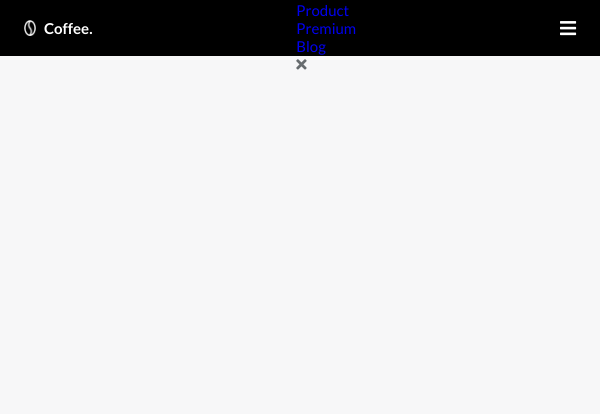
Repository: Nguyenductuan-dev/Website-coffee
Page: index.html
These files come from the project's save history. The page is drawn as it stood at one moment and after the next save; the edit follows.
The browser window is 600 px wide. The pictures show the whole page.

Above is the page before, as saved 2022-03-31 23:59:03.
Not found: assets/js/main.js

### index.html
<!DOCTYPE html>
<html lang="en">
<head>
    <meta charset="UTF-8">
    <meta http-equiv="X-UA-Compatible" content="IE=edge">
    <meta name="viewport" content="width=device-width, initial-scale=1.0">
    <link rel="shortcut icon" href="assets/imgs/favicon.png" type="image/x-icon">
    <link rel="stylesheet" href="https://cdnjs.cloudflare.com/ajax/libs/font-awesome/5.15.1/css/all.min.css" />
    <link rel="preconnect" href="https://fonts.googleapis.com">
    <link rel="preconnect" href="https://fonts.gstatic.com" crossorigin>
    <link href="https://fonts.googleapis.com/css2?family=Lato:wght@400;700&family=Montserrat:ital,wght@0,200;0,300;0,400;0,500;0,600;0,700;1,600&display=swap" rel="stylesheet">
    <link rel="stylesheet" href="assets/css/style.css">
    <title>Website coffee</title>
</head>
<body>
    <header class="header" id="header">
        <nav class="nav container">
            <a href="/" class="nav__logo">
                <img src="assets/imgs/logo.png" alt="" class="nav__logo-img">
                Coffee.
            </a>

            <div class="nav__menu" id="nav-menu">
                <ul class="nav__list">
                    <li class="nav__item">
                        <a href="#home" class="nav__link">Home</a>
                    </li>
                    <li class="nav__item">
                        <a href="#product" class="nav__link">Product</a>
                    </li>
                    <li class="nav__item">
                        <a href="#premium" class="nav__link">Premium</a>
                    </li>
                    <li class="nav__item">
                        <a href="#blog" class="nav__link">Blog</a>
                    </li>
                </ul>

                <div class="nav__close" id="nav-close">
                    <i class="fas fa-times"></i>
                </div>
            </div>

            <!-- Toggle button -->
            <div class="nav__toggle" id="nav-toggle">
                <i class="fas fa-bars"></i>
            </div>
        </nav>
    </header>



    <script src="assets/js/main.js"></script>
</body>
</html>

### assets/css/style.css
:root {
    --header-height: 3.5rem;
    /* ===============Color=============== */
    --first-color: hsl(36, 72%, 48%);
    --first-color-alt: hsl(36, 72%, 44%);
    --black-color: hsl(206, 12%, 12%);
    --card-color: hsl(0, 0%, 90%);
    --tittle-color: hsl(206, 12%, 12%);
    --text-color: hsl(206, 4%, 42%);
    --tittle-color-light: hsl(206, 4%, 75%);
    --body-color: hsl(206, 4%, 97%);
    --container-color: #fff;

    /* ==============Font=============== */
    --body-font: 'Lato', sans-serif;
    --biggest-font-size: 2.25rem;
    --h1-font-size: 1.5rem;
    --h2-font-size: 1.25rem;
    --h3-font-size: 1rem;
    --normal-font-size: .938rem;
    --small-font-size: .813rem;
    --smaller-font-size: .75rem;

    /* ==============Font weidth========= */
    --font-bold: 700;

    /* ==============Z-index============= */
    --z-tooltip: 10;
    --z-fixed: 100;
}

@media screen and (min-width: 968px){
    :root {
        --biggest-font-size: 3.5rem;
        --h1-font-size: 2.25rem;
        --h2-font-size: 1.5rem;
        --h3-font-size: 1.25rem;
        --normal-font-size: 1rem;
        --small-font-size: .875rem;
        --smaller-font-size: .813rem;
    }
}

/* =================BASE================== */
* {
    padding: 0;
    margin: 0;
    box-sizing: border-box;
}

html {
    scroll-behavior: smooth;
}

body {
    font-family: var(--body-font);
    font-size: var(--normal-font-size);
    background-color: var(--body-color);
    color: var(--text-color);
}

h1,h2,h3 {
    color: var(--tittle-color);
    font-weight: var(--font-bold);
}

h1,h2,h3,p {
    line-height: 140%;
}

ul {
    list-style: none;

}
a {
    text-decoration: none;
}
img {
    max-width: 100%;
    height: auto;
}
button {
    border: none;
    outline: none;
    cursor: pointer;
}

.container {
    max-width: 1024px;
    margin-left: 1.5rem;
    margin-right: 1.5rem;
}
.grid {
    display: grid;
    gap: 1.5rem;
}
.section {
    padding: 4.5rem 0 2rem;
}
.section__title {
    position: relative;
    font-size: var(--h1-font-size);
    padding-left: 1.25rem;
    margin-bottom: 2.5rem;
}
.section__title::before {
    content: '';
    position: absolute;
    top: 8px;
    left: 0;
    width: 3px;
    height: 20px;
    background-color: var(--first-color);
}
/* ====================== HEADER & NAV ====================*/
.header {
    width: 100%;
    background: #000;
    position: fixed;
    top: 0;
    left: 0;
    z-index: var(--z-fixed);
}
.nav {
    height: var(--header-height);
    display: flex;
    justify-content: space-between;
    align-items: center;
}
.nav__logo,
.nav__toggle {
    color: #fff;
}
.nav__logo {
    display: flex;
    align-items: center;
    column-gap: .5rem;
    font-weight: var(--font-bold);
}
.nav__logo-img {
    width: .75rem;
}
.nav__toggle {
    display: inline-flex;
    font-size: 1.15rem;
    cursor: pointer;
}

After the next save:
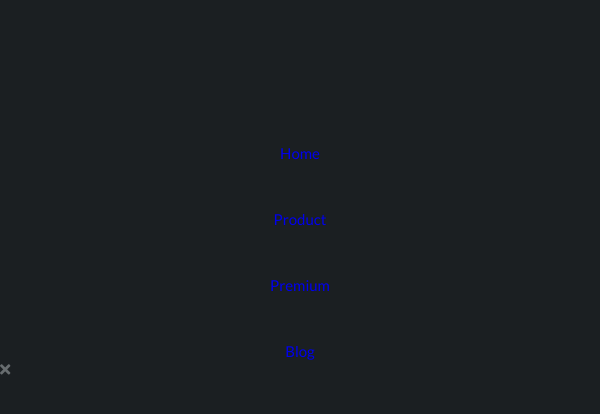
Saved 3 min 53 s later.
--- a/assets/css/style.css
+++ b/assets/css/style.css
@@ -145,3 +145,23 @@ button {
     font-size: 1.15rem;
     cursor: pointer;
 }
+
+@media screen and (max-width: 767px) {
+    .nav__menu {
+        position: fixed;
+        background-color: var(--black-color);
+        top: 0;
+        right: 0;
+        width: 100%;
+        height: 100%;
+        transition: .3s;
+    }
+}
+
+.nav__list {
+    display: flex;
+    flex-direction: column;
+    text-align: center;
+    row-gap: 3rem;
+    padding-top: 9rem;
+}
